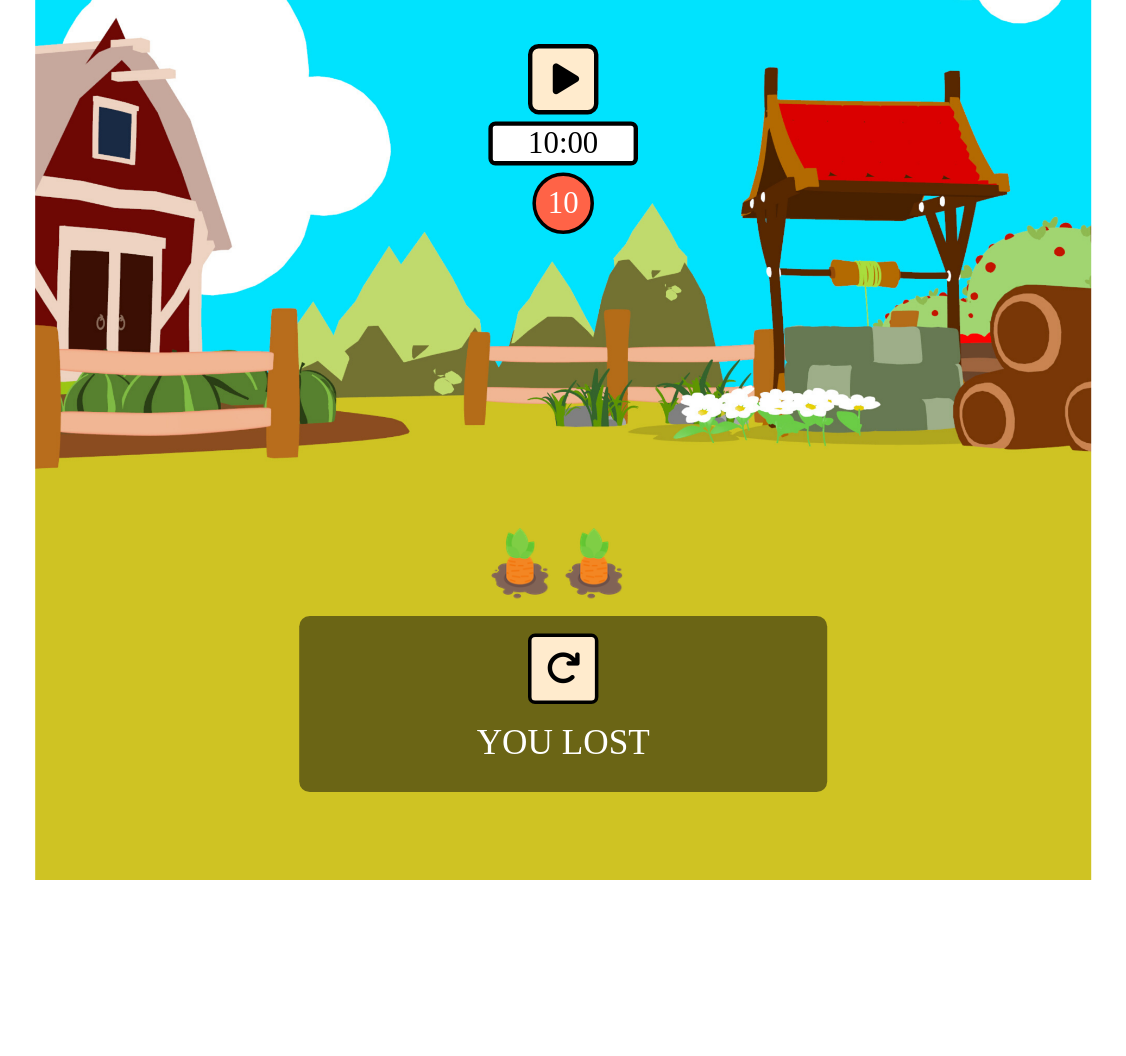
Repository: keehoonjung/Bug-Game
Page: index.html
These files come from the project's save history. The page is drawn as it stood at one moment and after the next save; the edit follows.
The browser window is 1280 px wide. The pictures show the whole page, at 88% of full size.
Some web libraries are served in a nearby version.

Above is the page before, as saved 2021-08-10 11:21:06.

### index.html
<!DOCTYPE html>
<html lang="en">
<head>
    <meta charset="UTF-8">
    <meta http-equiv="X-UA-Compatible" content="IE=edge">
    <meta name="viewport" content="width=device-width, initial-scale=1.0">
    <title>Document</title>
    <link rel="stylesheet" href="style.css">
    <script src="main.js"></script>
    <script src="https://kit.fontawesome.com/a7a8d59961.js" crossorigin="anonymous"></script>
</head>
<body>
    <section class="container">
        <section class="header">
            <button class="play__btn">
                <i class="fas fa-play"></i>
            </button>
            <div class="timer">
                10:00
            </div>
            <div class="count">10</div>
        </section>
        <section class="playground">
            <img src="./img/carrot.png" alt="carrot">
            <img src="./img/carrot.png" alt="carrot">
        </section>
        <div class="popup">
            <button class="popup__btn">
                <i class="fas fa-redo"></i>
            </button>
            <div class="popup__message">YOU LOST</div>
        </div>
    </section>
</body>
</html>

### style.css
* {
  box-sizing: border-box;
}

body {
  margin: 0;
  text-align: center;
}

.container {
  background: center/ cover no-repeat url(/img/background.png);
  width: 1200px;
  height: 1000px;
  margin: auto;
}

.header {
  height: 600px;
  padding-top: 50px;
}

.play__btn {
  width: 80px;
  height: 80px;
  background-color: blanchedalmond;
  font-size: 40px;
  border: 5px solid black;
  border-radius: 12px;
  padding-left: 12px;
  margin-bottom: 8px;
}

.timer {
  margin: auto;
  width: 170px;
  height: 50px;
  border: 5px solid black;
  border-radius: 8px;
  font-size: 35px;
  background-color: white;
  margin-bottom: 8px;
}

.count {
  margin: auto;
  width: 70px;
  height: 70px;
  background-color: tomato;
  border: 4px solid black;
  border-radius: 50%;
  font-size: 35px;
  padding: 11px 0;
  color: white;
}

.playground {
  height: 600px;
  width: 100%;
}

.popup {
  position: relative;
  bottom: 500px;
  left: 300px;
  width: 600px;
  height: 200px;
  background-color: rgba(9, 9, 9, 0.5);
  padding-top: 20px;
  border-radius: 12px;
}

.popup__btn {
  width: 80px;
  height: 80px;
  background-color: blanchedalmond;
  border: 4px solid black;
  border-radius: 8px;
  font-size: 40px;
  margin-bottom: 20px;
}

.popup__message {
  font-size: 40px;
  color: white;
}

Loaded but not shown: main.js (no copy from this time; the picture is the same without it)

After the next save:
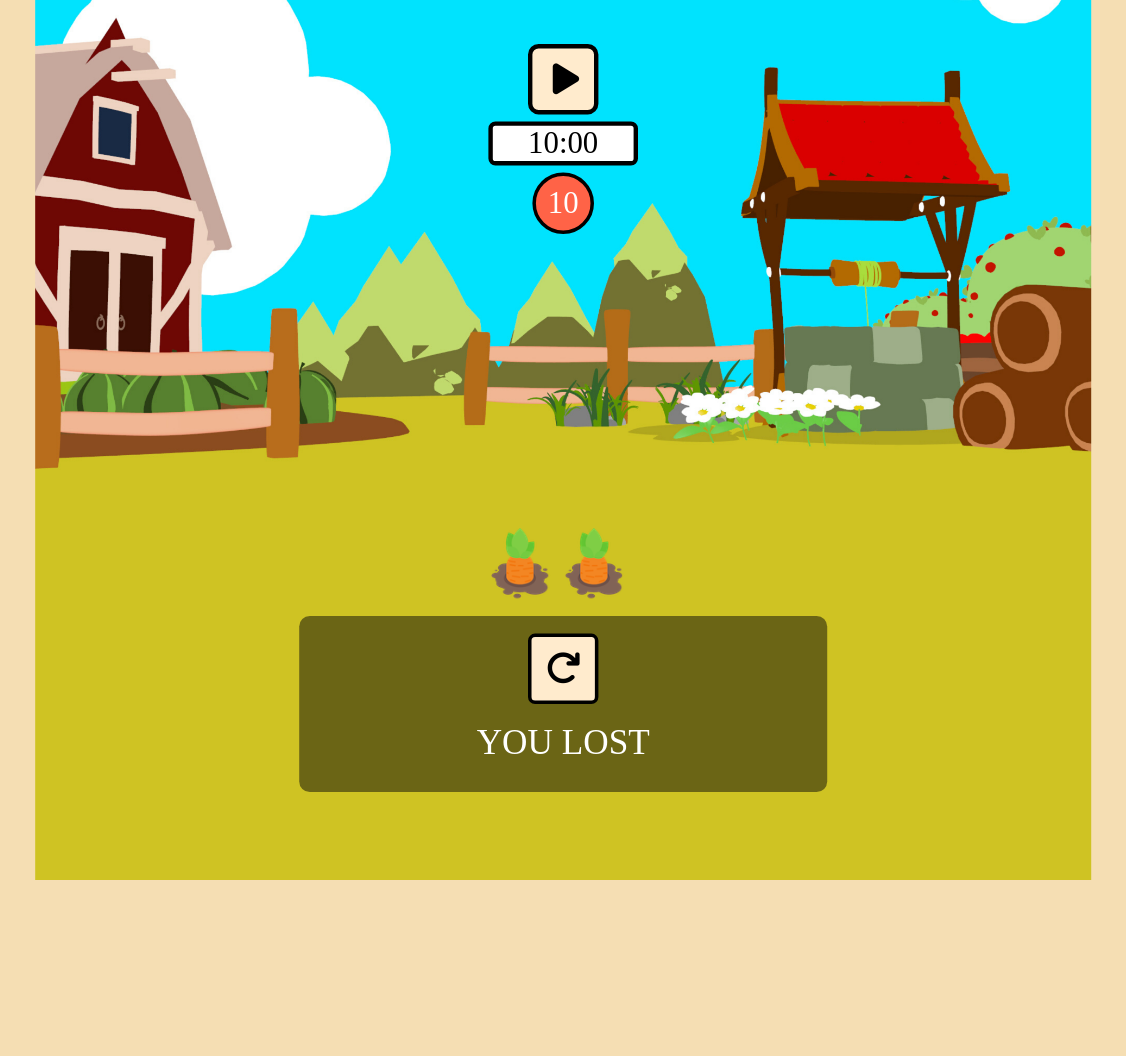
Saved 18 s later.
--- a/style.css
+++ b/style.css
@@ -5,6 +5,7 @@
 body {
   margin: 0;
   text-align: center;
+  background-color: wheat;
 }
 
 .container {

After the save that followed:
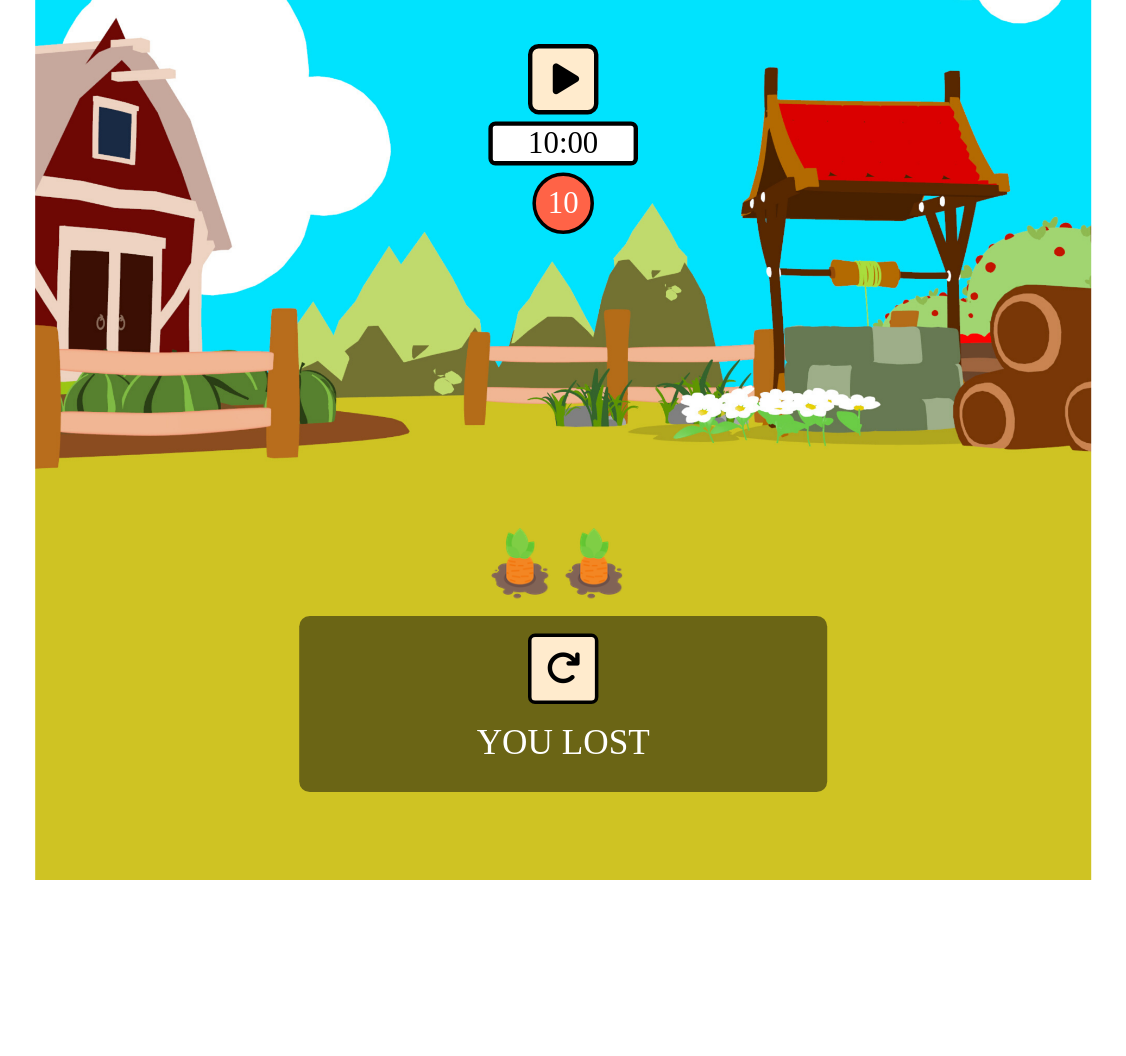
Saved 6 s later.
--- a/style.css
+++ b/style.css
@@ -5,7 +5,6 @@
 body {
   margin: 0;
   text-align: center;
-  background-color: wheat;
 }
 
 .container {
